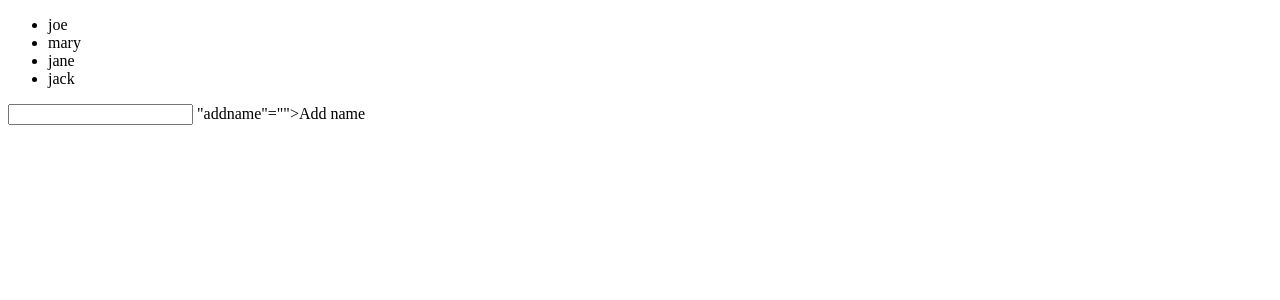
Repository: Samtrapskin/Time-to-learn-Vue.JS
Page: lara.html
These files come from the project's save history. The page is drawn as it stood at one moment and after a run of saves; the edit follows.
The browser window is 1280 px wide. The pictures show the whole page.
Some web libraries are served in a nearby version.

Above is the page before, as saved 2018-07-03 13:13:11.

### lara.html
<!DOCTYPE html>
<html lang="en">
<head>
    <meta charset="UTF-8">
    <meta name="viewport" content="width=device-width, initial-scale=1.0">
    <meta http-equiv="X-UA-Compatible" content="ie=edge">
    <title>Balls Vue</title>
</head>
<body>
    <div id="root">
      <ul>
          <li v-for="name in names" v-text="name">

          </li>
      </ul>

      <input id="input" type="text" v-model="newName" v-on:keyUp="addName">

      <button title="iam the title of the button""addName">Add name</button>
    </div>
        <script src="https://cdn.jsdelivr.net/npm/vue@2.5.16/dist/vue.js"></script>

        <script>


            new Vue ({
                el: "#root",
                data: {
                    names: ['joe', 'mary', 'jane', 'jack'],
                    newName: "",
                },
                methods:{
                    addName() {
                        this.names.push(this.newName)
                        this.newName= "";
                    },

                }
            })


        </script>


</body>
</html>

After the next 3 saves:
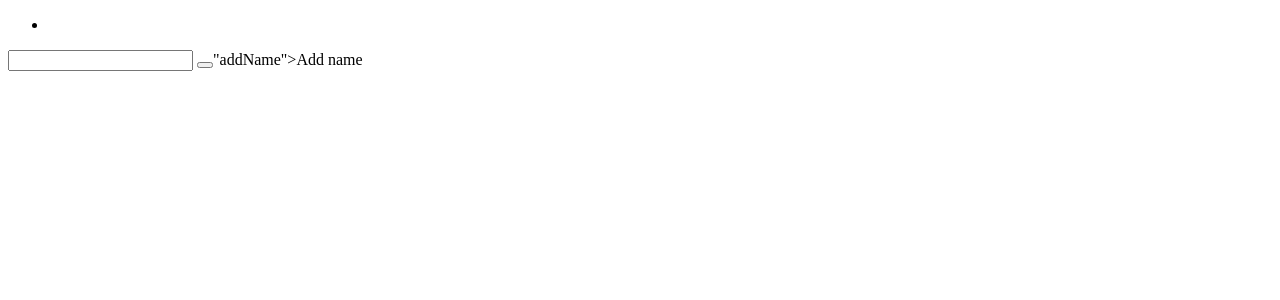
Console error (its wording comes from the project's code and is left out).
The 3 saves are shown as one change because they came seconds apart.
The last was saved 9 s later.
--- a/lara.html
+++ b/lara.html
@@ -16,7 +16,7 @@
 
       <input id="input" type="text" v-model="newName" v-on:keyUp="addName">
 
-      <button title="iam the title of the button""addName">Add name</button>
+      <button title="iam the title of the button".></button>"addName">Add name</button>
     </div>
         <script src="https://cdn.jsdelivr.net/npm/vue@2.5.16/dist/vue.js"></script>
 

After the 2 saves that followed:
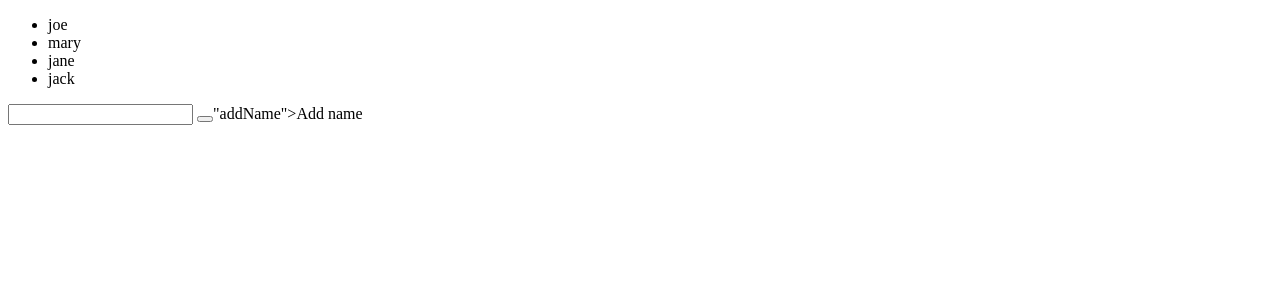
The error is gone.
The 2 saves are shown as one change because they came seconds apart.
The last was saved 7 s later.
--- a/lara.html
+++ b/lara.html
@@ -16,7 +16,7 @@
 
       <input id="input" type="text" v-model="newName" v-on:keyUp="addName">
 
-      <button title="iam the title of the button".></button>"addName">Add name</button>
+      <button title="iam the title of the button."></button>"addName">Add name</button>
     </div>
         <script src="https://cdn.jsdelivr.net/npm/vue@2.5.16/dist/vue.js"></script>
 
